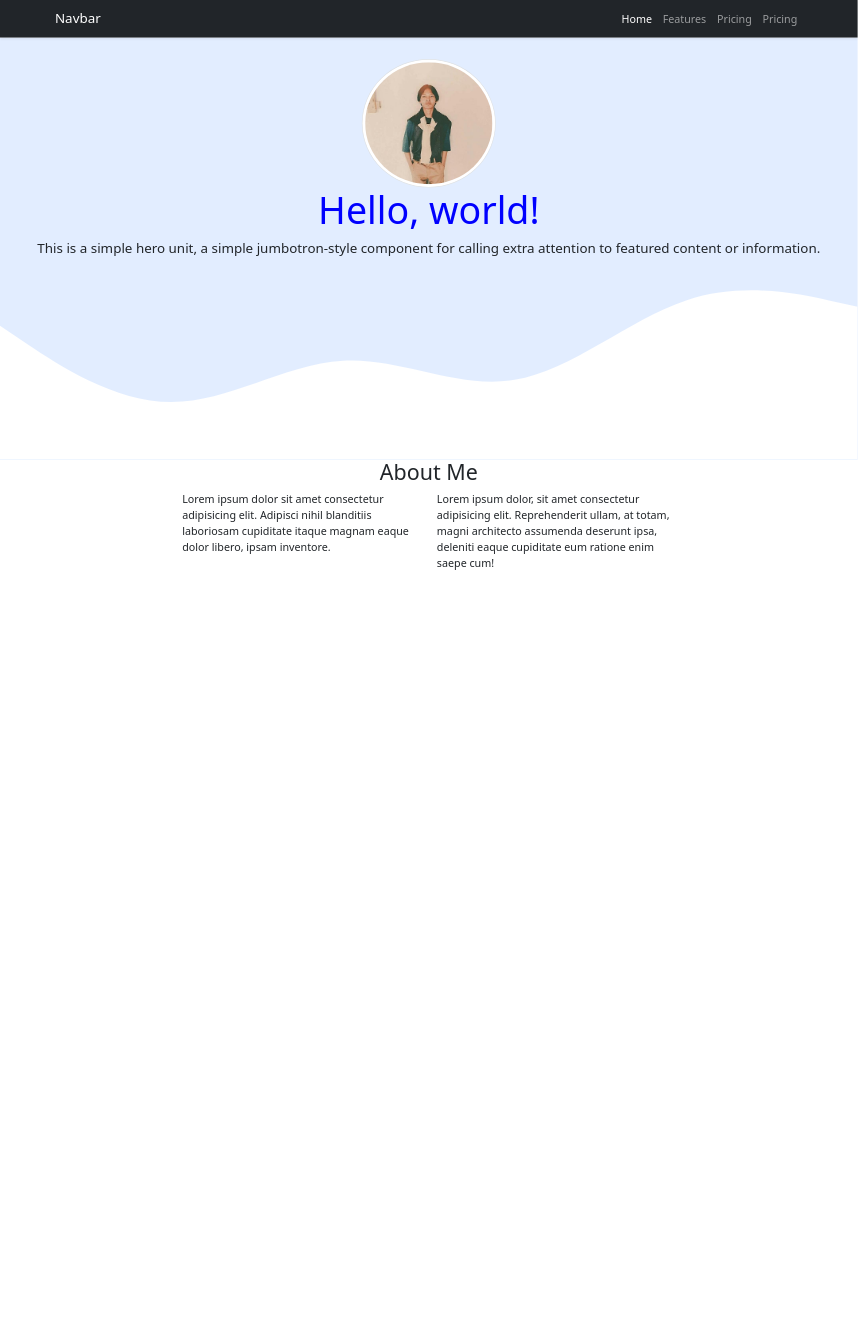
Repository: Novemberdad/gemilangtech.github.io
Page: index.html
An editor plug-in stored every save of this project. The page is shown before and after the next save, followed by the edit.
The browser window is 1280 px wide. The pictures show the whole page, at 67% of full size.

Above is the page before, as saved 2021-07-21 00:04:53.

### index.html
<!DOCTYPE html>
<html lang="en">

<head>
    <!-- Required meta tags -->
    <meta charset="utf-8" />
    <meta name="viewport" content="width=device-width, initial-scale=1" />

    <!-- Bootstrap CSS -->
    <link href="https://cdn.jsdelivr.net/npm/bootstrap@5.0.2/dist/css/bootstrap.min.css" rel="stylesheet" integrity="sha384-EVSTQN3/azprG1Anm3QDgpJLIm9Nao0Yz1ztcQTwFspd3yD65VohhpuuCOmLASjC" crossorigin="anonymous" />

    <!--My CSS-->
    <link rel="stylesheet" href="style.css" />
    <title>My Portofoliio</title>
    <style>
        h1 {
            text-align: center;
            color: blue;
        }
    </style>
</head>

<body>
    <!--NAVBAR-->
    <nav class="navbar navbar-expand-lg navbar-dark bg-dark shadow-sm">
        <div class="container">
            <a class="navbar-brand" href="#">Navbar</a>
            <button class="navbar-toggler" type="button" data-bs-toggle="collapse" data-bs-target="#navbarNav" aria-controls="navbarNav" aria-expanded="false" aria-label="Toggle navigation">
          <span class="navbar-toggler-icon"></span>
        </button>
            <div class="collapse navbar-collapse" id="navbarNav">
                <ul class="navbar-nav ms-auto">
                    <li class="nav-item">
                        <a class="nav-link active" aria-current="page" href="#">Home</a>
                    </li>
                    <li class="nav-item">
                        <a class="nav-link" href="#">Features</a>
                    </li>
                    <li class="nav-item">
                        <a class="nav-link" href="#">Pricing</a>
                    </li>
                    <li class="nav-item">
                        <a class="nav-link" href="#">Pricing</a>
                    </li>
                </ul>
            </div>
        </div>
    </nav>
    <!--AKHIR NAVBAR-->

    <!--jumbortron-->
    <section class="jumbotron text-center">
        <img src="image/logo.jpg" alt="logo" width="200" class="rounded-circle img-thumbnail" />
        <h1 class="display-4">Hello, world!</h1>
        <p class="lead">This is a simple hero unit, a simple jumbotron-style component for calling extra attention to featured content or information.</p>
        <svg xmlns="http://www.w3.org/2000/svg" viewBox="0 0 1440 320">
        <path
          fill="#ffffff"
          fill-opacity="1"
          d="M0,96L48,128C96,160,192,224,288,224C384,224,480,160,576,154.7C672,149,768,203,864,186.7C960,171,1056,85,1152,53.3C1248,21,1344,43,1392,53.3L1440,64L1440,320L1392,320C1344,320,1248,320,1152,320C1056,320,960,320,864,320C768,320,672,320,576,320C480,320,384,320,288,320C192,320,96,320,48,320L0,320Z"
        ></path>
      </svg>
    </section>
    <!--akhir jumbotron-->

    <!--about-->
    <section id="about">
        <div class="container">
            <div class="row text-center mb">
                <div class="col">
                    <h2>About Me</h2>
                </div>
            </div>
            <div class="row justify-content-center">
                <div class="col-4">
                    <p>Lorem ipsum dolor sit amet consectetur adipisicing elit. Adipisci nihil blanditiis laboriosam cupiditate itaque magnam eaque dolor libero, ipsam inventore.</p>
                </div>
                <div class="col-4">
                    <p>Lorem ipsum dolor, sit amet consectetur adipisicing elit. Reprehenderit ullam, at totam, magni architecto assumenda deserunt ipsa, deleniti eaque cupiditate eum ratione enim saepe cum!</p>
                </div>
            </div>
    </section>
    <!--akhir about-->
    <script src="https://cdn.jsdelivr.net/npm/bootstrap@5.0.2/dist/js/bootstrap.bundle.min.js" integrity="sha384-MrcW6ZMFYlzcLA8Nl+NtUVF0sA7MsXsP1UyJoMp4YLEuNSfAP+JcXn/tWtIaxVXM" crossorigin="anonymous"></script>

    <!-- Option 2: Separate Popper and Bootstrap JS -->
    <!--
    <script src="https://cdn.jsdelivr.net/npm/@popperjs/core@2.9.2/dist/umd/popper.min.js" integrity="sha384-IQsoLXl5PILFhosVNubq5LC7Qb9DXgDA9i+tQ8Zj3iwWAwPtgFTxbJ8NT4GN1R8p" crossorigin="anonymous"></script>
    <script src="https://cdn.jsdelivr.net/npm/bootstrap@5.0.2/dist/js/bootstrap.min.js" integrity="sha384-cVKIPhGWiC2Al4u+LWgxfKTRIcfu0JTxR+EQDz/bgldoEyl4H0zUF0QKbrJ0EcQF" crossorigin="anonymous"></script>
    -->
</body>

</html>

### style.css
body {
    min-height: 2000px;
}

.jumbotron {
    padding-top: 2rem;
    background-color: #e2edff;
}

After the next save:
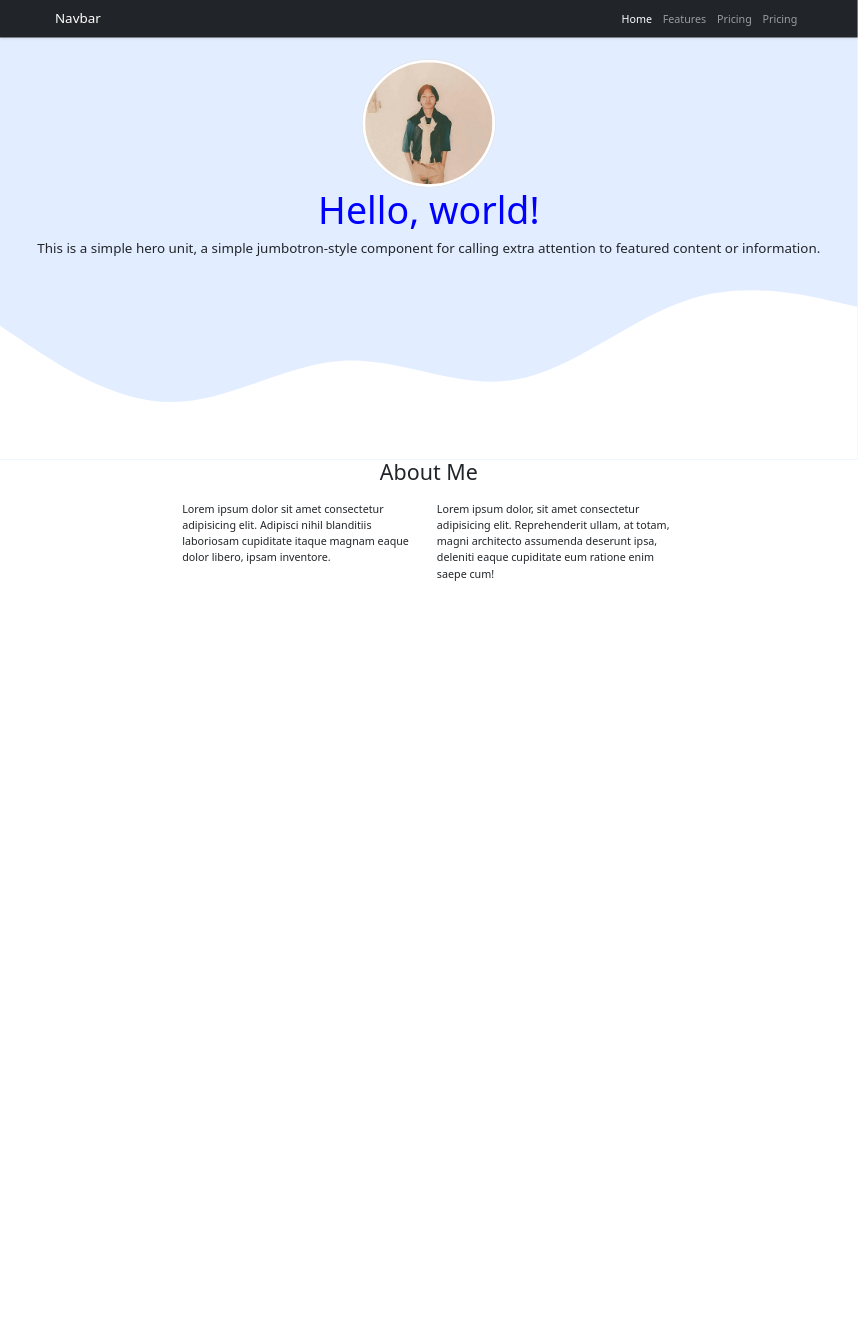
Saved 48 s later.
--- a/index.html
+++ b/index.html
@@ -66,7 +66,7 @@
     <!--about-->
     <section id="about">
         <div class="container">
-            <div class="row text-center mb">
+            <div class="row text-center mb-3">
                 <div class="col">
                     <h2>About Me</h2>
                 </div>
